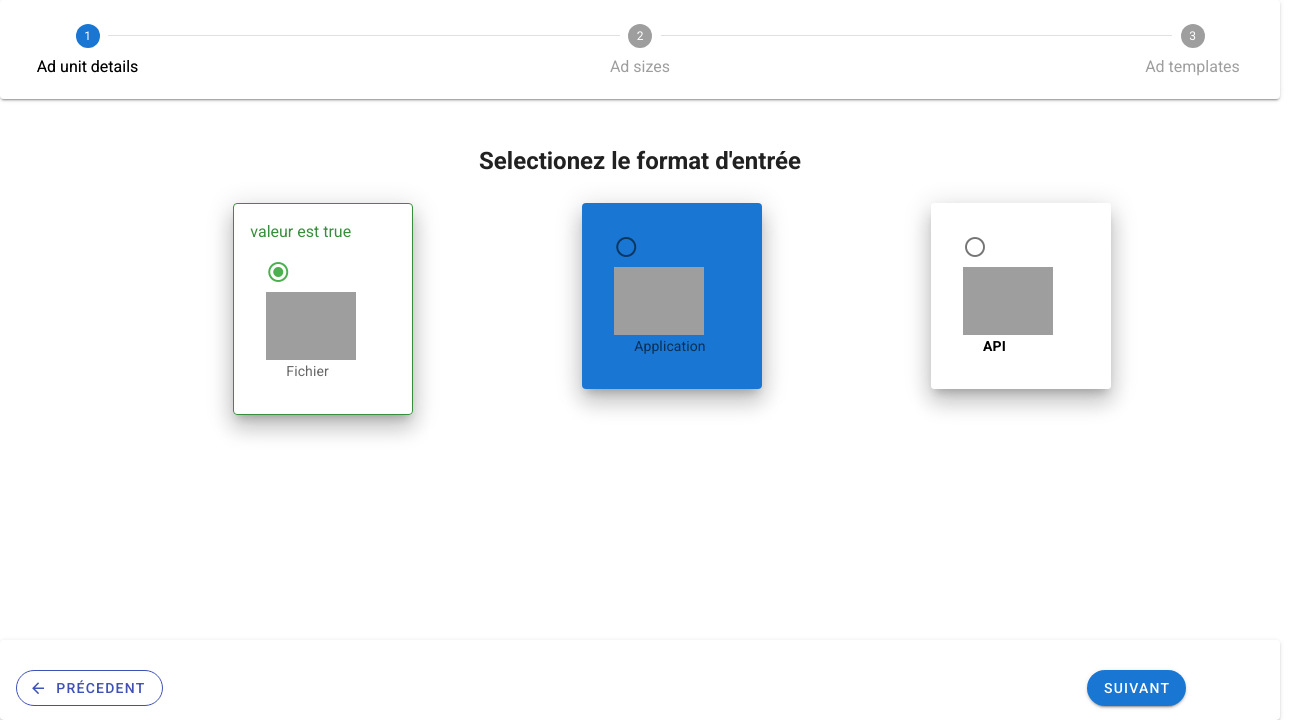
Repository: SidneyHodieb/myc
Page: /addsource/format
The author's editor kept a copy of each file at every save. The page is drawn from the files as they stood at one save, then again after the next save.
The browser window is 1280 px wide. The page is 1292 px wide, so the pictures cover 1292 px, including what lies to the right of the window. The pictures show the whole page.
Pictures or frames that could not be fetched are drawn as grey boxes. The project was rebuilt for these pictures with package versions that can differ from the ones it lists, and the page was loaded fresh each time. Also part of the build but not shown: vue.config.js, src/views/Home.vue, src/views/addSource/components/card.vue, src/views/addSource/components/trigger.vue.

Above is the page before, as saved 2021-04-05 21:58:51.

After the next save:
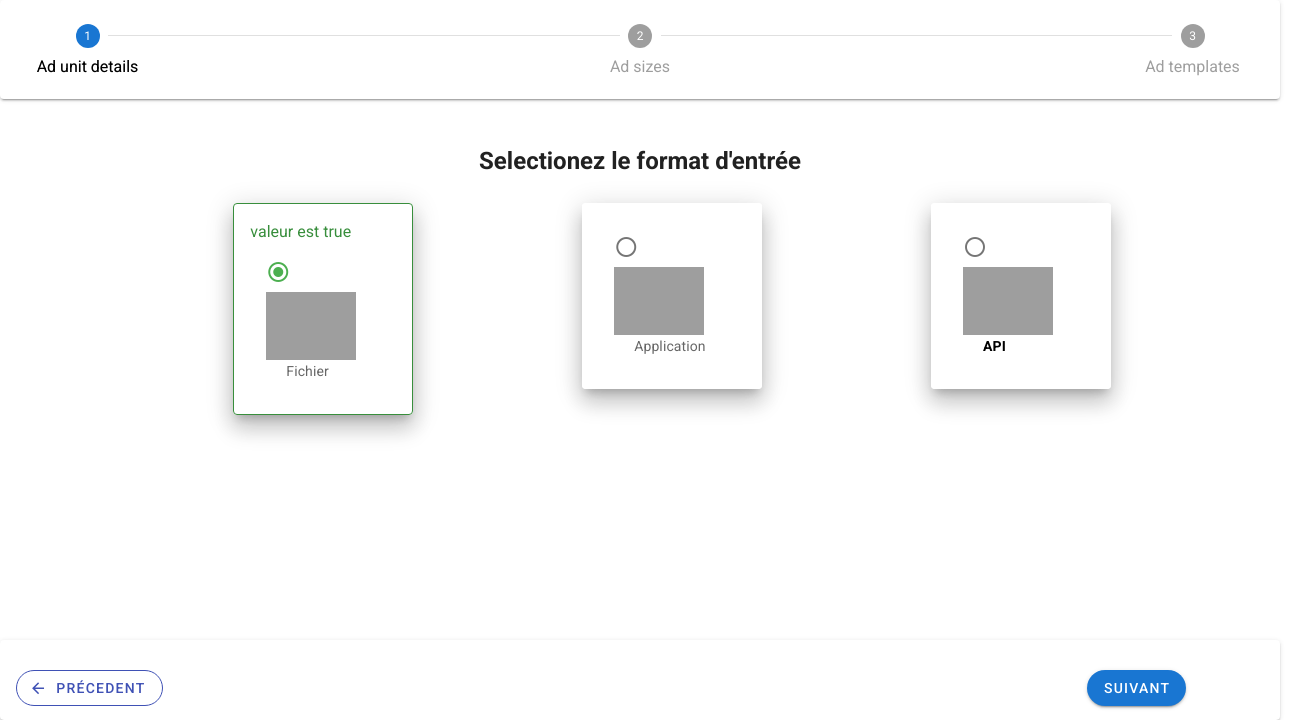
Saved 101 s later.
--- a/src/views/addSource/components/format.vue
+++ b/src/views/addSource/components/format.vue
@@ -6,7 +6,7 @@
       </v-col>
       <v-col offset-md="2">
         <v-card elevation="14" width="180">
-          <v-alert :outlined="file ? true : null" color="green darken-2">
+          <v-alert :outlined="file ? true : null" :color="file ? 'green darken-2' : null ">
            valeur est {{file}}
           <v-card-text>
             <v-radio
@@ -27,7 +27,7 @@
       </v-col>
       <v-col>
         <v-card elevation="14" width="180">
-          <v-alert :outlined="app ? true : null" color="blue darken-2">
+          <v-alert :outlined="app ? true : null" :color="app ? 'blue darken-2' : null">
           <v-card-text>
             <v-radio
                 color="blue"
@@ -45,7 +45,7 @@
       </v-col>
       <v-col>
         <v-card elevation="14" width="180">
-          <v-alert :outlined="api ? true : null" color="">
+          <v-alert :outlined="api ? true : null" :color="api ? 'red darken-2': null">
            <v-card-text>
              <v-radio
                 color="red"
